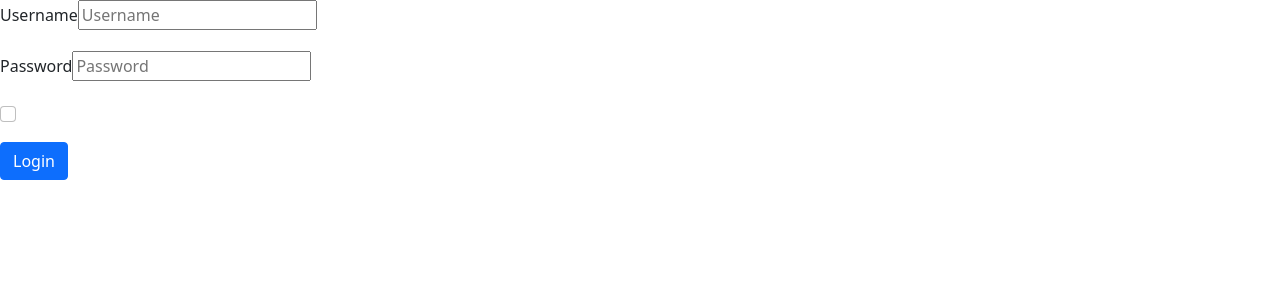
Repository: dilaraozdem1r/BooksApp
Page: /admin/page
The author's editor kept a copy of each file at every save. The page is drawn from the files as they stood at one save, then again after the next save.
The browser window is 1280 px wide. The pictures show the whole page.
The page's requests for data from a server got no answer. The project was rebuilt for these pictures with package versions that can differ from the ones it lists, and the page was loaded fresh each time. No one was signed in, and anything a server would have sent is missing. Also part of the build but not shown: src/Components/BookList.js, src/Components/SearchBar.js.

Above is the page before, as saved 2021-08-20 13:19:58.

### public/index.html
<!DOCTYPE html>
<html lang="en">
  <head>
    <meta charset="utf-8" />
    <link rel="icon" href="%PUBLIC_URL%/favicon.ico" />
    <meta name="viewport" content="width=device-width, initial-scale=1" />
    <meta name="theme-color" content="#000000" />
    <meta
      name="description"
      content="Web site created using create-react-app"
    />
    <link rel="apple-touch-icon" href="%PUBLIC_URL%/logo192.png" />
    <!--
      manifest.json provides metadata used when your web app is installed on a
      user's mobile device or desktop. See https://developers.google.com/web/fundamentals/web-app-manifest/
    -->
    <link rel="manifest" href="%PUBLIC_URL%/manifest.json" />
    <!--
      Notice the use of %PUBLIC_URL% in the tags above.
      It will be replaced with the URL of the `public` folder during the build.
      Only files inside the `public` folder can be referenced from the HTML.

      Unlike "/favicon.ico" or "favicon.ico", "%PUBLIC_URL%/favicon.ico" will
      work correctly both with client-side routing and a non-root public URL.
      Learn how to configure a non-root public URL by running `npm run build`.
    -->
    <link href="https://cdn.jsdelivr.net/npm/bootstrap@5.0.2/dist/css/bootstrap.min.css" rel="stylesheet" integrity="sha384-EVSTQN3/azprG1Anm3QDgpJLIm9Nao0Yz1ztcQTwFspd3yD65VohhpuuCOmLASjC" crossorigin="anonymous">
    <title>Books App</title>
  </head>
  <body>
    <noscript>You need to enable JavaScript to run this app.</noscript>
    <div id="root"></div>
    <!--
      This HTML file is a template.
      If you open it directly in the browser, you will see an empty page.

      You can add webfonts, meta tags, or analytics to this file.
      The build step will place the bundled scripts into the <body> tag.

      To begin the development, run `npm start` or `yarn start`.
      To create a production bundle, use `npm run build` or `yarn build`.
    -->
    <script src="https://cdn.jsdelivr.net/npm/bootstrap@5.0.2/dist/js/bootstrap.bundle.min.js" integrity="sha384-MrcW6ZMFYlzcLA8Nl+NtUVF0sA7MsXsP1UyJoMp4YLEuNSfAP+JcXn/tWtIaxVXM" crossorigin="anonymous"></script>
  </body>
</html>

### src/index.js
import React from 'react'
import ReactDOM from 'react-dom'
import App from './Components/App'

ReactDOM.render(
    <App />,
    document.getElementById('root')

);

### src/Components/App.js
import React from 'react'
import { BrowserRouter as Router, Switch, Route, Link } from "react-router-dom";
import Books from './BookList';
import axios from 'axios'
import SearchBar from './SearchBar'
import Admin from './Admin'

class App extends React.Component {
  state = {
    books: [],
    searchQuery:""
  }

  async componentDidMount() {
    this.getBooks();

  }
  async getBooks() {
    const response = await axios.get(" http://localhost:3004/books");

    this.setState({ books: response.data })

  }
  searchMovie=(event)=>{
    this.setState({
      searchQuery:event.target.value
    })

  }

  render() {

    let filteredBooks=this.state.books.filter(
      (book)=>{
        return book.name.toLowerCase().indexOf(this.state.searchQuery.toLowerCase()) !== -1 }
    ).sort((a,b)=>{
      return a.id < b.id ? 1 : a.id > b.id ? -1 : 0 ;
    });



    return (
      <Router>
      <Switch>
      <Route path="/" exact render={() => (
            <React.Fragment>
      <div>
        <nav className="navbar navbar-light bg-light">
            <div className="container-fluid">
            <a class="navbar-brand">
          <img src="https://encrypted-tbn0.gstatic.com/images?q=tbn:ANd9GcRZ-o86obF-UTdLqsqqiUM6O82URx7R52fXlw&usqp=CAU" alt="" width="50" height="40" class="d-inline-block align-text-top"/>
          </a>

            <SearchBar search={this.searchMovie} />
            <div className="col ol-md-5">
                        <Link
                            to="/admin"
                            type="button"
                            className="btn btn-danger"
                            style={{ float: 'right' }}
                        >Admin Login</Link>
                    </div>

            </div>
          </nav>
      </div>
    <div>
              <Books books={filteredBooks} />
          </div>

    </React.Fragment> )}>
    </Route>

    <Route path="/admin" render={({ history }) => (
            <Admin  />
          )}>
          </Route>
    <div>
      <button class="navbar-toggler" type="button" data-bs-toggle="collapse" data-bs-target="#navbarSupportedContent" aria-controls="navbarSupportedContent" aria-expanded="false" aria-label="Toggle navigation">Admin Login</button>
    </div>












      </Switch>
      </Router>
        );
}
}
        export default App;

### src/Components/Admin.js
import React from 'react';
import { BrowserRouter as Router, Switch, Route, Link } from "react-router-dom";
class Admin extends React.Component {

    render() {
        return (
            <Router>
                <Switch>
                    <form>
                        <div class="mb-3">
                            <label for="exampleInputEmail1" class="form-label">Username</label>
                            <input type="text" className="col-xs-4" placeholder="Username" aria-label="First name"/>

                        </div>
                            <div className="mb-3">
                                <label for="exampleInputPassword1" className="form-label">Password</label>
                                <input type="password" className="col-xs-4" placeholder="Password" aria-label="Last name"/>
                            </div>
                                <div className="mb-3 form-check">
                                    <input type="checkbox" className="form-check-input" id="exampleCheck1"/>
                                </div>
                                    <button type="submit" className="btn btn-primary">Login</button>
                    </form>
                </Switch>
        </Router>

                        )
    }

}
export default Admin;

After the next save:
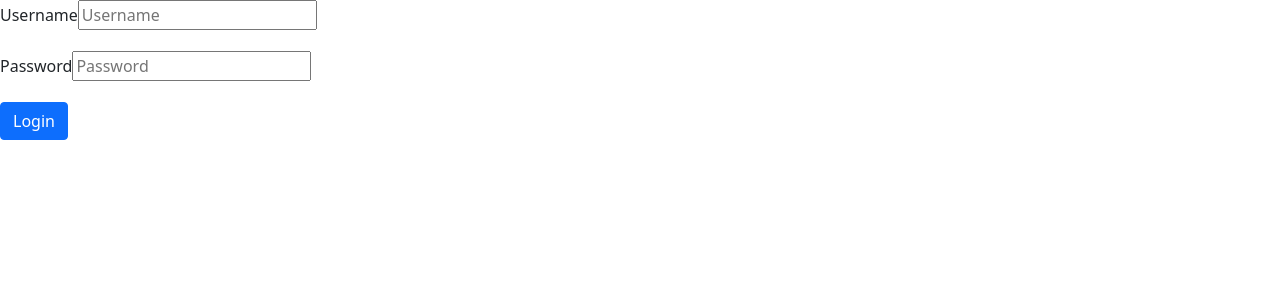
Saved 12 s later.
--- a/src/Components/Admin.js
+++ b/src/Components/Admin.js
@@ -16,9 +16,8 @@ class Admin extends React.Component {
                                 <label for="exampleInputPassword1" className="form-label">Password</label>
                                 <input type="password" className="col-xs-4" placeholder="Password" aria-label="Last name"/>
                             </div>
-                                <div className="mb-3 form-check">
-                                    <input type="checkbox" className="form-check-input" id="exampleCheck1"/>
-                                </div>
+
+
                                     <button type="submit" className="btn btn-primary">Login</button>
                     </form>
                 </Switch>
